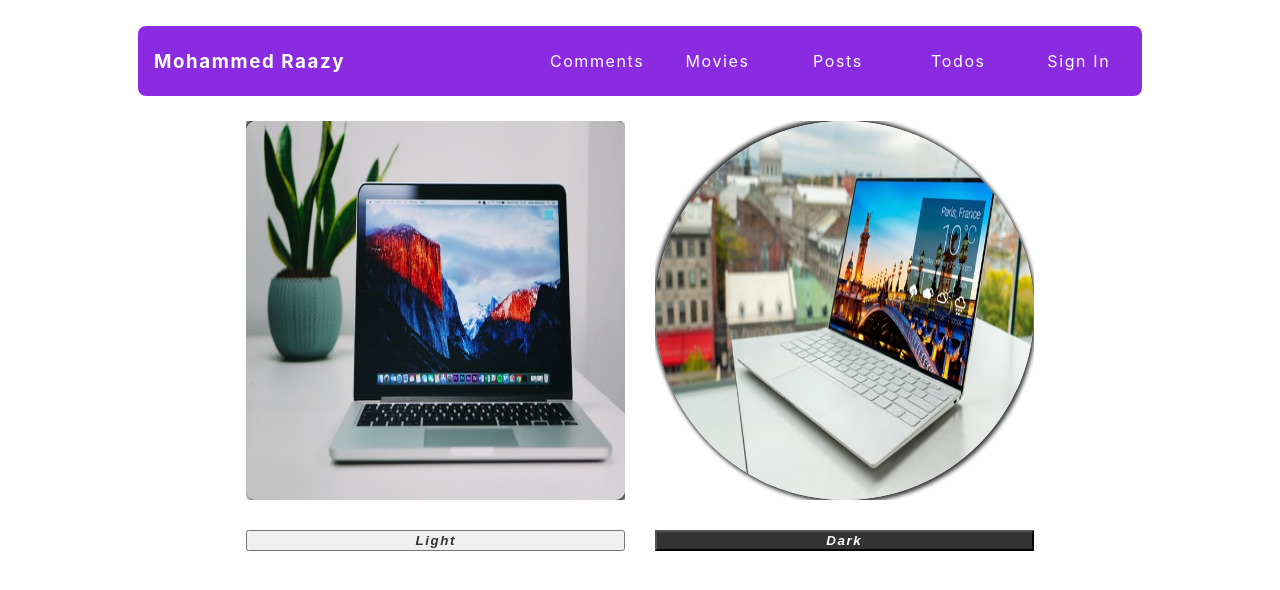
Repository: raazymuhd1/learn-nextjs
Page: /sass
The author's editor kept a copy of each file at every save. The page is drawn from the files as they stood at one save, then again after the next save.
The browser window is 1280 px wide. The pictures show the whole page.
The page's requests for data from a server got no answer. The project was rebuilt for these pictures with package versions that can differ from the ones it lists, and the page was loaded fresh each time. The framework's server and built-in components were replaced by stand-ins that run in the browser. No one was signed in, and anything a server would have sent is missing.

Above is the page before, as saved 2021-09-04 20:41:29.

### pages/_app.js
import Layout from '../components/Layout'
import '../styles/globals.css'
import { createStore } from "redux"
import { Provider } from "react-redux"

import Themes from "../globalStyle/theme"

import  allReducers from "../reducers"

const store = createStore(allReducers)

function MyApp({ Component, pageProps }) {
  return (
    <Provider store={store}>
          <Themes>
             <Layout>
                <Component {...pageProps} />
            </Layout>
          </Themes>
    </Provider>
  )

}

export default MyApp

### pages/sass/index.js
import React from 'react'
import styles from "../../styles/sass.module.scss"
import Image from "next/image"
import { lp1, lp2} from "../../public"

const Sass = () => {
    return (
        <div className={styles.container}>
             <Image
             className={styles.square}
             src={lp1} width={400}
             height={400} placeholder="blur" />
             <Image
              className={styles.circle}
              src={lp2} width={400}
              height={400} placeholder="blur" />

             {/* lightMode btn */}
             <button className={styles.light}> Light </button>
             <button className={styles.dark}> Dark </button>
        </div>
    )
}

export default Sass

### components/Layout/index.js
import React, { useEffect } from 'react'
import Head from 'next/head'
import { Container, Main } from '../global'
import Navbar from '../Navbar'

const Layout = ({ children }) => {

    return (
        <Container>
            <Navbar />
            <Head>
                <meta name="description" content="nextjs app" />
                <title> Big Next Project </title>
            </Head>

            <Main>
                { children }
            </Main>
        </Container>
    )
}

export default Layout

### globalStyle/theme.js
import { ThemeProvider } from "styled-components"

import theme from "./defualtThemes"

const Theme = ({ children }) => {
    return (
        <ThemeProvider theme={theme}>
             { children }
        </ThemeProvider>
    )
}

export default Theme

### reducers/index.js
import { combineReducers } from "redux"
import { movies } from './movies'

const allReducers =  combineReducers({
       movies,
})

export default allReducers;

### styles/sass.module.scss
@mixin images($circle: false) {
    border-radius: 10px;
    box-shadow: 2px 3px 4px #333, -2px -3px 4px #333 ;
    outline: none;

    @if $circle {
        border-radius: 50%;
    }
}

@mixin bgMode( $dark: false ) {
       @if $dark {
           background: #000;
       } @else {
           background: #fff;
       }
}

.container {
    width: 80%;
    margin: 20px auto;
    display: grid;
    grid-template-columns: repeat(2, 1fr);
    gap: 30px;

    .square {
        @include images($circle: false)
    }

    .circle {
        @include images($circle: true)
    }

    .light {
        color: #333;
        letter-spacing: 0.1rem;
        font-style: italic;
        font-weight: 600;
    }

    .dark {
        @extend .light;
        color: #fff;
        background: #333;
    }

}

### public/index.js
import lp1 from "./laptop1.jpg"
import lp2 from "./laptop2.jpg"
import wp1 from "./workspace6.jpg"
import wp2 from "./workspace setup.jpg"

export { lp1, lp2, wp1, wp2 }

### components/global/index.js
import styled from 'styled-components'

export const Container = styled.div`
    padding: 10px;
    width: 80%;
    margin: 1rem auto;
`
export const Main = styled.main`
    padding: 5px 10px;
`

### components/Navbar/index.js
import { LI, Nav, UL, HeadingThree } from "./styles";
import Link from "next/link"
import { useSession, signIn, signOut } from "next-auth/client"

const Navbar = () => {
     const [session, loading] = useSession()

    return (
        <Nav>
             <HeadingThree> Mohammed Raazy </HeadingThree>
             <UL>
                 <Link href="/comment">
                     <LI> Comments </LI>
                 </Link>
                 <Link href="/movies">
                     <LI> Movies </LI>
                 </Link>
                 <Link href="/posts">
                     <LI> Posts </LI>
                 </Link>
                 <Link href="/todo">
                     <LI> Todos </LI>
                 </Link>
                 { !session &&
                        <LI onClick={() => signIn()}> Sign In </LI>
                  }
                  { session && !loading &&
                        <LI onClick={() => signOut() } > Sign Out </LI>
                  }
             </UL>
        </Nav>
    )
}

export default Navbar;

### globalStyle/defualtThemes.js
const themes = {
    colors: {
        bg: "blueviolet",
        fnColor: "#333"
    },

    breakpoints: {
        sm: "screen and (max-width: 640px)",
        md: "screen and (max-width: 768px)",
        lg: "screen and (max-width: 1024px)",
        xl: "screen and (max-width: 1280px)"
    }
}

export default themes;

### reducers/movies.js
const initialState = [
    { id: 1, name: "Avengers", price: "3k" },
]

export const movies =  (state = initialState, action) => {
     switch(action.type) {
         case "addMovie":
               return [ ...state, { name: action.name, price: action.price } ]
        default:
            return state
     }
}

### components/Navbar/styles.js
import styled from "styled-components"

export const Nav = styled.nav`
    padding: 5px 1rem;
    display: flex;
    align-items: center;
    justify-content: space-between;
    background:${({theme}) => theme.colors.bg } ;
    color: #fff;
    border-radius: 8px;
    letter-spacing: 0.1rem;

    @media ${({theme}) => theme.breakpoints.sm } {
         flex-direction: column;
         justify-content: center;
    }

`

export const HeadingThree = styled.h3`
    letter-spacing: 0.1rem;
`

export const UL = styled.div`
   display: grid;
   grid-template-columns: repeat(5, 1fr);
   justify-items: center;
   gap: 10px;
   cursor: pointer;

${'' /* small size */}
   @media ${({theme}) => theme.breakpoints.sm } {
       display: grid;
       grid-template-columns: repeat(3, 1fr);
       justify-items: center;
   }

   ${'' /* medium size */}
   @media ${({theme}) => theme.breakpoints.md} {
       margin-left: 1rem;
       grid-template-columns: repeat(3, 1fr);
   }
`

export const LI = styled.li`
    list-style: none;
    margin-left: 1rem;
`

Loaded but not shown: pages/_document.js (common file); styles/globals.css (common file)

After the next save:
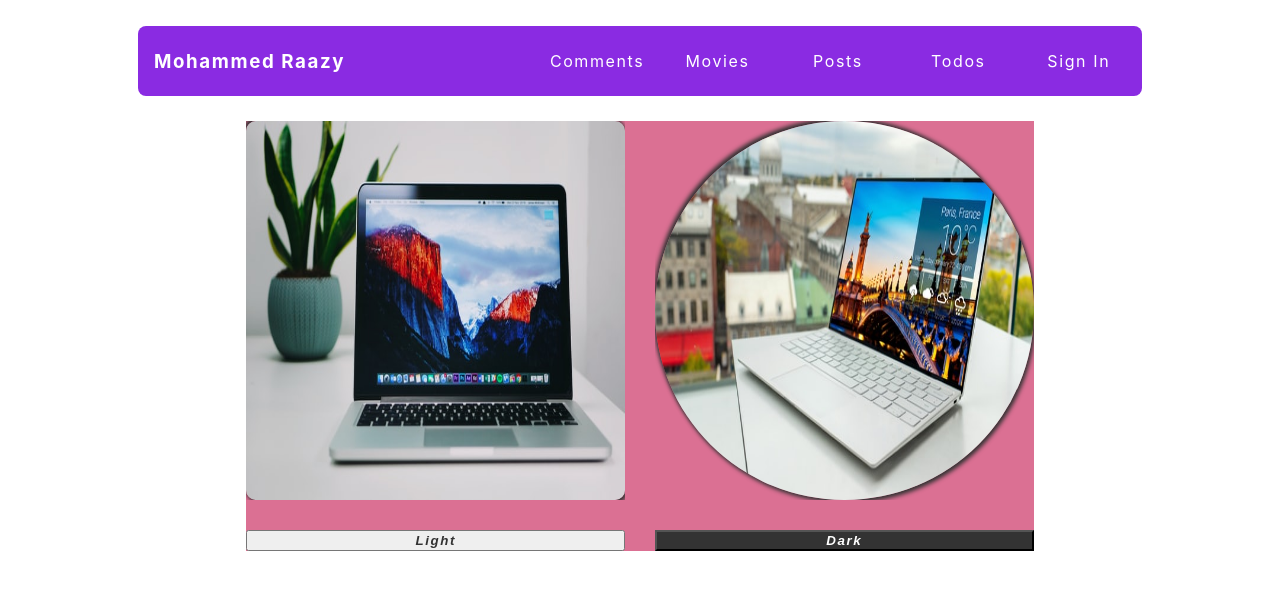
Saved 11 min 29 s later.
--- a/styles/sass.module.scss
+++ b/styles/sass.module.scss
@@ -1,3 +1,6 @@
+$col: #fff;
+$bg: palevioletred;
+
 @mixin images($circle: false) {
     border-radius: 10px;
     box-shadow: 2px 3px 4px #333, -2px -3px 4px #333 ;
@@ -17,6 +20,7 @@
 }
 
 .container {
+    background: $bg;
     width: 80%;
     margin: 20px auto;
     display: grid;
